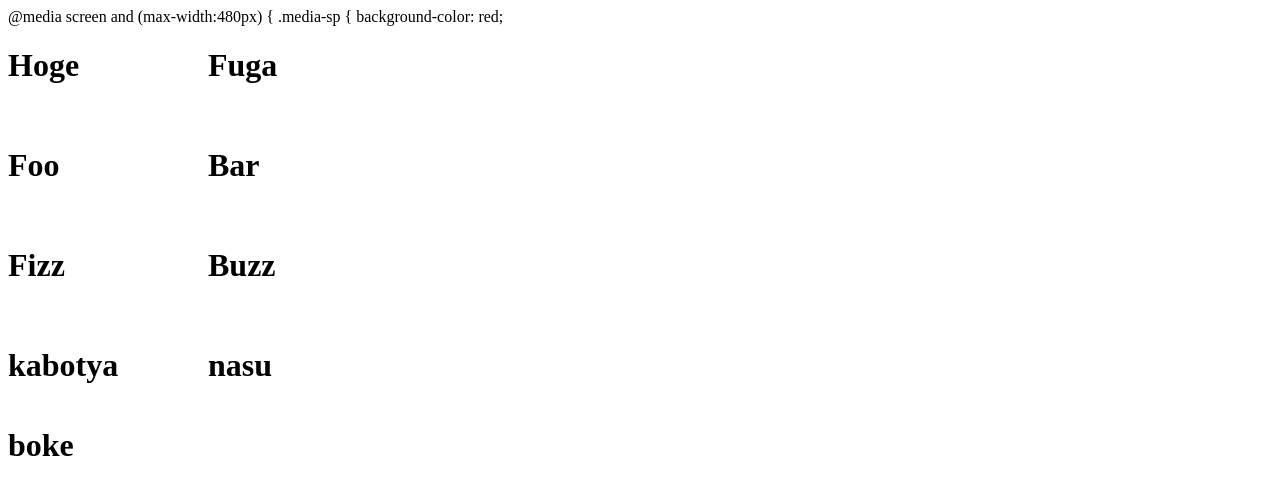
Repository: 1008216/samurai_HTML-CSS
Page: stylesheet/aa.html
The author's editor kept a record of every edit. The page is drawn from the files as they stood at one moment, then again after the next edit.
The browser window is 1280 px wide. The pictures show the whole page.

Above is the page before.

After the next edit:
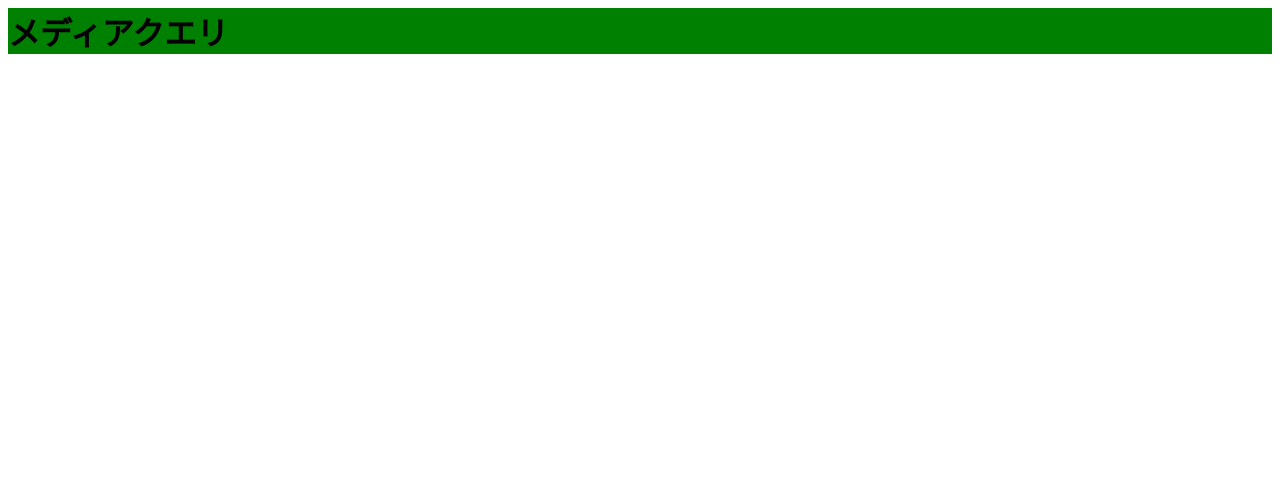
The edit:
--- a/stylesheet/aa.html
+++ b/stylesheet/aa.html
@@ -1,32 +1,27 @@
 <html lang="ja">
     <head>
-          @media screen and (max-width:480px) {
-    .media-sp {
-        background-color: red;
+        <meta name="viewport" content="width=device-width, initial-scale=1">
         <style>
-        @media screen and (max-width:480px) {
-    .media-sp {
-        background-color: red;
-    }
-}
-            #grid {
-                display: grid;
-                grid-template-columns: 200px 100px;
-                grid-template-rows: 100px 100px 100px;
+            .media {
+                background-color: blue;
+            }
+
+            @media screen and (min-width:480px) {
+                .media {
+                    background-color: red;
+                }
+            }
+
+            @media screen and (min-width:640px) {
+                .media {
+                    background-color: green;
+                }
             }
         </style>
     </head>
     <body>
-        <div id="grid">
-            <h1>Hoge</h1>
-            <h1>Fuga</h1>
-            <h1>Foo</h1>
-            <h1>Bar</h1>
-            <h1>Fizz</h1>
-            <h1>Buzz</h1>
-            <h1>kabotya</h1>
-            <h1>nasu</h1>
-            <h1>boke</h1>
-        </div>
+        <div class="media">
+            <h1>メディアクエリ</h1>
+        </body>
     </body>
 </html>
